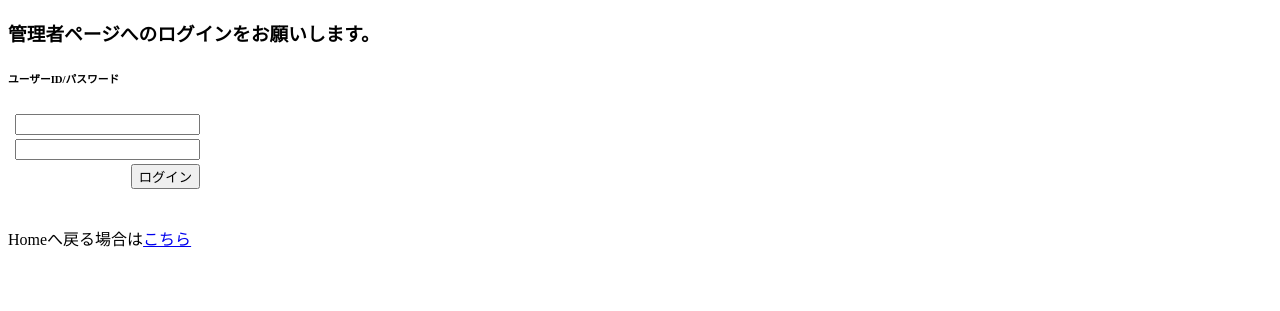
Repository: MurayamaMura/ecsite
Page: http://localhost/ecsite/manager.jsp
An editor plug-in stored every save of this project. The page is shown before and after the next save, followed by the edit.
The browser window is 1280 px wide. The pictures show the whole page.
The page is served by Tomcat 9. Other server files are loaded and not shown.

Above is the page before, as saved 2018-07-23 12:05:59.

### ecsite/WebContent/manager.jsp
<%@ page language="java" contentType="text/html; charset=UTF-8"
pageEncoding="UTF-8"%>
<%@ taglib prefix="s" uri="/struts-tags"%>
<!DOCTYPE html>
<html>
<head>
<meta http-equiv="Content-Type" content="text/html; charset=utf-8" />

<meta http-equiv="Content-Style-Type" content="text/css" />
<!--
<meta http-equiv="Content-Script-Type" content="text/javascript" />
<meta http-equiv="imagetoolbar" content="no" />
<meta name="description" content="" />
<meta name="keywords" content="" />
-->
<title>Manager用ページ</title>
</head>
<body>
	<h3>管理者ページへのログインをお願いします。</h3>
			<s:form action="ManagerLoginAcition">
				<h6>ユーザーID/パスワード</h6>
				<s:textfield name="loginUserId"/>
				<s:password name="loginPassword"/>
				<s:submit value="ログイン"/>
			</s:form>
			<br>
			<div id="text-link">
				<p>Homeへ戻る場合は<a href='<s:url action="GoHomeAction"/>'>こちら</a></p>
			</div>
</body>
</html>

After the next save:
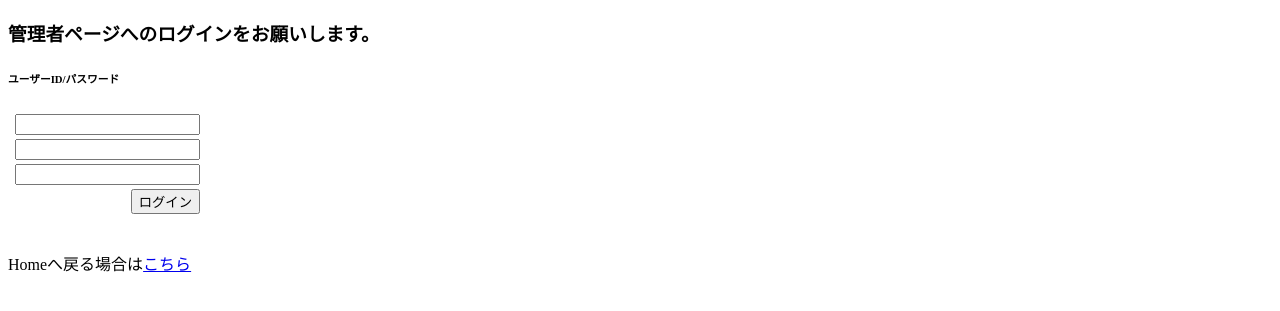
Saved 66 s later.
--- a/ecsite/WebContent/manager.jsp
+++ b/ecsite/WebContent/manager.jsp
@@ -21,6 +21,7 @@ pageEncoding="UTF-8"%>
 				<h6>ユーザーID/パスワード</h6>
 				<s:textfield name="loginUserId"/>
 				<s:password name="loginPassword"/>
+				<s:password name="userName"/>
 				<s:submit value="ログイン"/>
 			</s:form>
 			<br>
